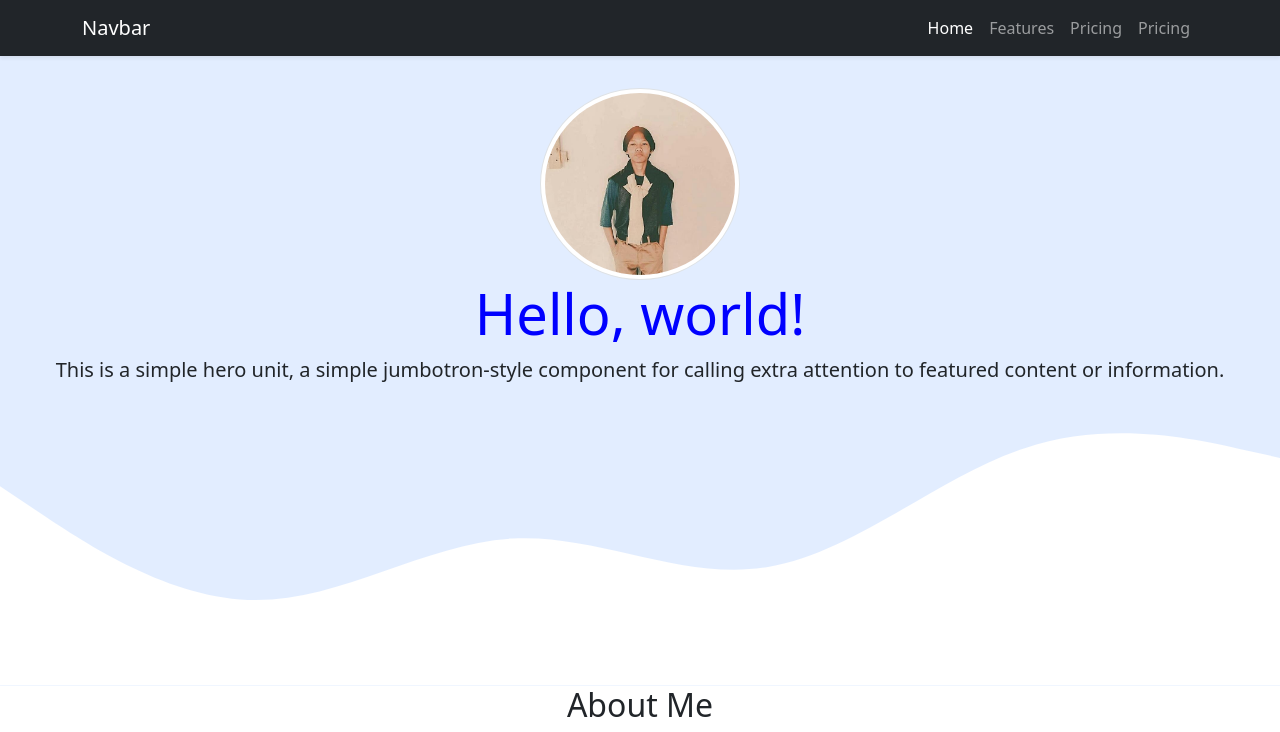
Repository: Novemberdad/gemilangtech.github.io
Page: index.html
These files come from the project's save history. The page is drawn as it stood at one moment and after the next save; the edit follows.
The browser window is 1280 px wide. The pictures show the whole page.

Above is the page before, as saved 2021-07-20 23:55:08.

### index.html
<!DOCTYPE html>
<html lang="en">

<head>
    <!-- Required meta tags -->
    <meta charset="utf-8" />
    <meta name="viewport" content="width=device-width, initial-scale=1" />

    <!-- Bootstrap CSS -->
    <link href="https://cdn.jsdelivr.net/npm/bootstrap@5.0.2/dist/css/bootstrap.min.css" rel="stylesheet" integrity="sha384-EVSTQN3/azprG1Anm3QDgpJLIm9Nao0Yz1ztcQTwFspd3yD65VohhpuuCOmLASjC" crossorigin="anonymous" />

    <!--My CSS-->
    <link rel="stylesheet" href="style.css" />
    <title>My Portofoliio</title>
    <style>
        h1 {
            text-align: center;
            color: blue;
        }
    </style>
</head>

<body>
    <!--NAVBAR-->
    <nav class="navbar navbar-expand-lg navbar-dark bg-dark shadow-sm">
        <div class="container">
            <a class="navbar-brand" href="#">Navbar</a>
            <button class="navbar-toggler" type="button" data-bs-toggle="collapse" data-bs-target="#navbarNav" aria-controls="navbarNav" aria-expanded="false" aria-label="Toggle navigation">
          <span class="navbar-toggler-icon"></span>
        </button>
            <div class="collapse navbar-collapse" id="navbarNav">
                <ul class="navbar-nav ms-auto">
                    <li class="nav-item">
                        <a class="nav-link active" aria-current="page" href="#">Home</a>
                    </li>
                    <li class="nav-item">
                        <a class="nav-link" href="#">Features</a>
                    </li>
                    <li class="nav-item">
                        <a class="nav-link" href="#">Pricing</a>
                    </li>
                    <li class="nav-item">
                        <a class="nav-link" href="#">Pricing</a>
                    </li>
                </ul>
            </div>
        </div>
    </nav>
    <!--AKHIR NAVBAR-->

    <!--jumbortron-->
    <section class="jumbotron text-center">
        <img src="image/logo.jpg" alt="logo" width="200" class="rounded-circle img-thumbnail" />
        <h1 class="display-4">Hello, world!</h1>
        <p class="lead">This is a simple hero unit, a simple jumbotron-style component for calling extra attention to featured content or information.</p>
        <svg xmlns="http://www.w3.org/2000/svg" viewBox="0 0 1440 320">
        <path
          fill="#ffffff"
          fill-opacity="1"
          d="M0,96L48,128C96,160,192,224,288,224C384,224,480,160,576,154.7C672,149,768,203,864,186.7C960,171,1056,85,1152,53.3C1248,21,1344,43,1392,53.3L1440,64L1440,320L1392,320C1344,320,1248,320,1152,320C1056,320,960,320,864,320C768,320,672,320,576,320C480,320,384,320,288,320C192,320,96,320,48,320L0,320Z"
        ></path>
      </svg>
    </section>
    <!--akhir jumbotron-->

    <!--about-->
    <section id="about">
        <div class="container">
            <div class="row text-center">
                <div class="col">
                    <h2>About Me</h2>
                </div>
            </div>
            <div class="row">
                <div class="col"></div>
            </div>
        </div>
    </section>
    <!--akhir about-->
    <script src="https://cdn.jsdelivr.net/npm/bootstrap@5.0.2/dist/js/bootstrap.bundle.min.js" integrity="sha384-MrcW6ZMFYlzcLA8Nl+NtUVF0sA7MsXsP1UyJoMp4YLEuNSfAP+JcXn/tWtIaxVXM" crossorigin="anonymous"></script>

    <!-- Option 2: Separate Popper and Bootstrap JS -->
    <!--
    <script src="https://cdn.jsdelivr.net/npm/@popperjs/core@2.9.2/dist/umd/popper.min.js" integrity="sha384-IQsoLXl5PILFhosVNubq5LC7Qb9DXgDA9i+tQ8Zj3iwWAwPtgFTxbJ8NT4GN1R8p" crossorigin="anonymous"></script>
    <script src="https://cdn.jsdelivr.net/npm/bootstrap@5.0.2/dist/js/bootstrap.min.js" integrity="sha384-cVKIPhGWiC2Al4u+LWgxfKTRIcfu0JTxR+EQDz/bgldoEyl4H0zUF0QKbrJ0EcQF" crossorigin="anonymous"></script>
    -->
</body>

</html>

### style.css
.jumbotron {
    padding-top: 2rem;
    background-color: #e2edff;
}

After the next save:
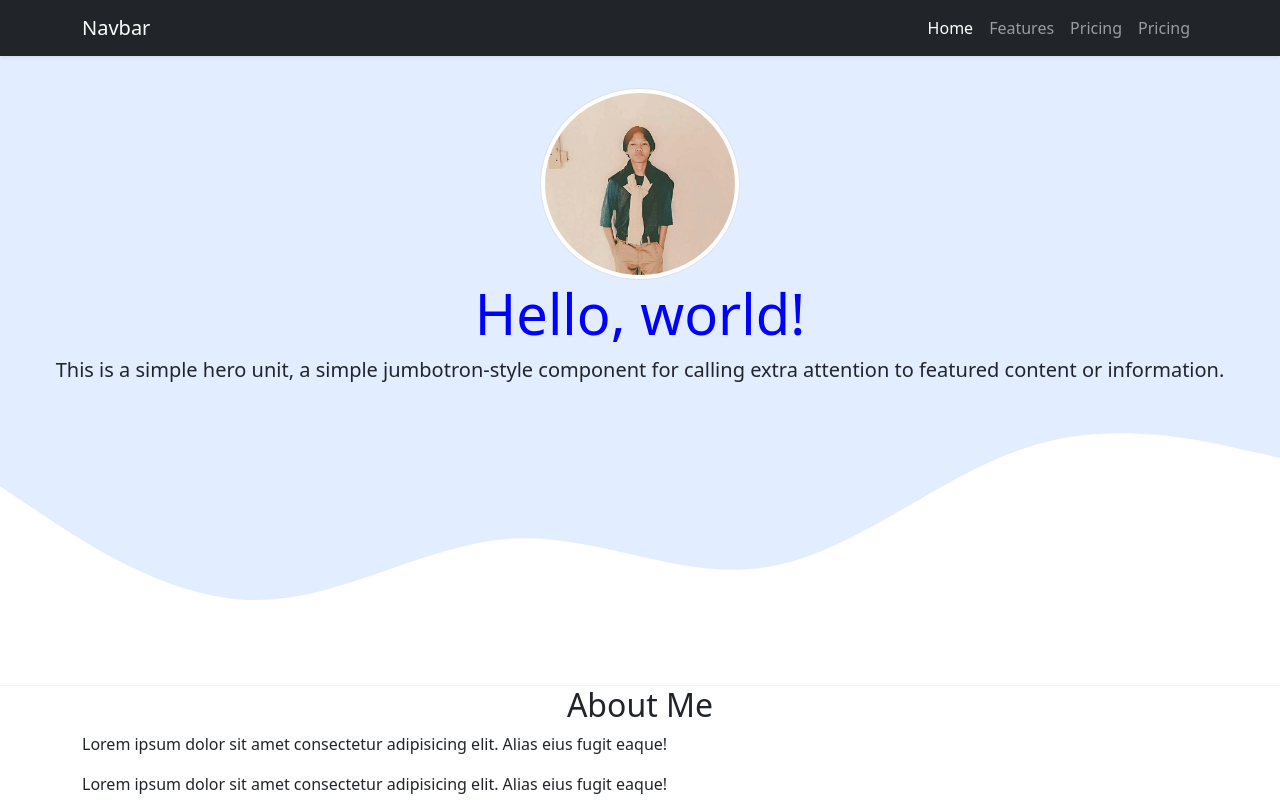
Saved 80 s later.
--- a/index.html
+++ b/index.html
@@ -73,7 +73,11 @@
             </div>
             <div class="row">
                 <div class="col"></div>
+                <p>Lorem ipsum dolor sit amet consectetur adipisicing elit. Alias eius fugit eaque!</p>
             </div>
+            <div class="col"></div>
+            <p>Lorem ipsum dolor sit amet consectetur adipisicing elit. Alias eius fugit eaque!</p>
+        </div>
         </div>
     </section>
     <!--akhir about-->
